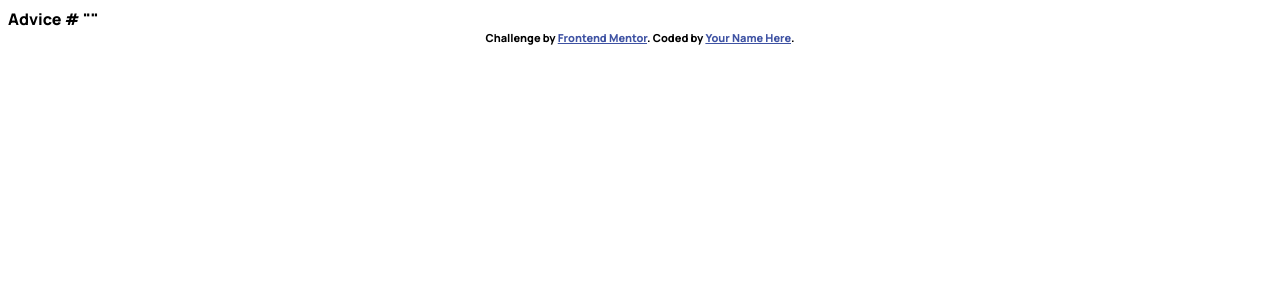
Repository: blordeus/advice-generator-app-main
Page: index.html
An editor plug-in stored every save of this project. The page is shown before and after the next save, followed by the edit.
The browser window is 1280 px wide. The pictures show the whole page.

Above is the page before, as saved 2023-08-22 17:52:07.

### index.html
<!DOCTYPE html>
<html lang="en">
<head>
  <meta charset="UTF-8">
  <meta name="viewport" content="width=device-width, initial-scale=1.0"> <!-- displays site properly based on user's device -->

  <link rel="icon" type="image/png" sizes="32x32" href="./images/favicon-32x32.png">
  <link rel="stylesheet" href="style.css">

  <title>Frontend Mentor | Advice generator app</title>

  <!-- Feel free to remove these styles or customise in your own stylesheet 👍 -->
  <style>
    .attribution { font-size: 11px; text-align: center; }
    .attribution a { color: hsl(228, 45%, 44%); }
  </style>
</head>
<body>

  Advice #<!-- Advice ID goes here -->

  "<!-- Advice text goes here -->"

  <div class="attribution">
    Challenge by <a href="https://www.frontendmentor.io?ref=challenge" target="_blank">Frontend Mentor</a>.
    Coded by <a href="#">Your Name Here</a>.
  </div>
</body>
</html>

### style.css
@import url('https://fonts.googleapis.com/css2?family=Manrope:wght@800&display=swap');

:root{
    --Light-Cyan: hsl(193, 38%, 86%);
    --Neon-Green: hsl(150, 100%, 66%);
    --Grayish-Blue: hsl(217, 19%, 38%);
    --Dark-Grayish-Blue: hsl(217, 19%, 24%);
    --Dark-Blue: hsl(218, 23%, 16%);
}

body{
    font-family: 'Manrope', sans-serif;

}
  .quote {
    font-size: 28px;
  }

After the next save:
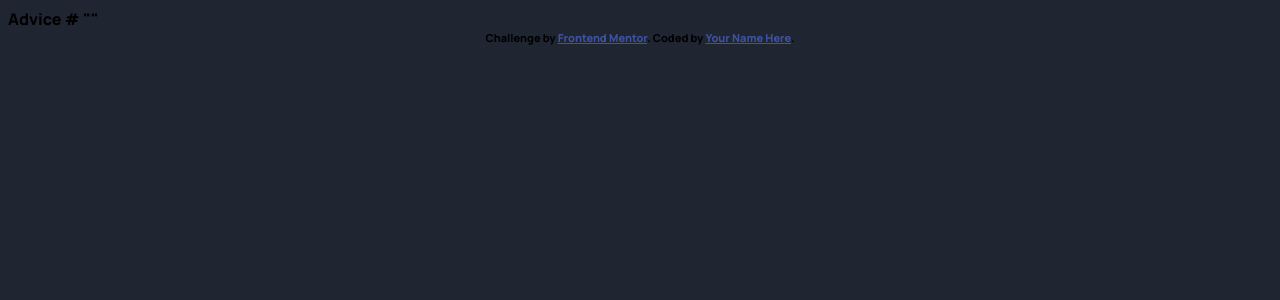
Saved 6 s later.
--- a/style.css
+++ b/style.css
@@ -10,6 +10,7 @@
 
 body{
     font-family: 'Manrope', sans-serif;
+    background-color: var(--Dark-Blue);
 
 }
   .quote {
